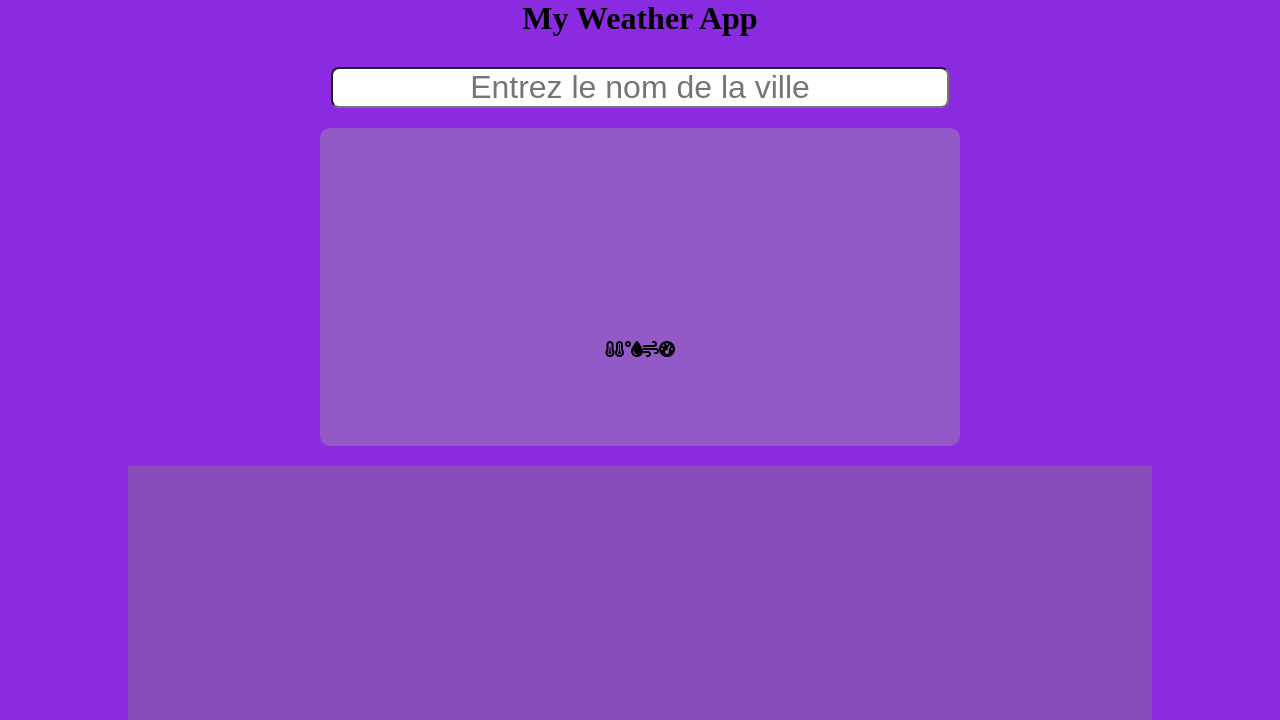
Repository: JeffnyAugustin/MyWeatherApp
Page: index.html
These files come from the project's save history. The page is drawn as it stood at one moment and after a run of saves; the edit follows.
The browser window is 1280 px wide. The pictures show the whole page.

Above is the page before, as saved 2023-11-14 19:22:25.
Console error: ReferenceError: jQuery is not defined

### index.html
<!DOCTYPE html>
<html lang="fr">

<head>
    <meta charset="UTF-8">
    <meta http-equiv="X-UA-Compatible" content="IE=edge">
    <meta name="viewport" content="width=device-width, initial-scale=1.0">
    <link rel="stylesheet" href="https://cdnjs.cloudflare.com/ajax/libs/font-awesome/6.4.0/css/all.min.css"
        integrity="sha512-iecdLmaskl7CVkqkXNQ/ZH/XLlvWZOJyj7Yy7tcenmpD1ypASozpmT/E0iPtmFIB46ZmdtAc9eNBvH0H/ZpiBw=="
        crossorigin="anonymous" referrerpolicy="no-referrer" />
     <!-- Ajoutez le script de Slick Carousel -->
     <script type="text/javascript" src="https://cdn.jsdelivr.net/npm/slick-carousel@1.8.1/slick/slick.min.js"></script>

    <link rel="stylesheet" href="/css/style.css">
    <title>My Weather App</title>
</head>

<body>



    <div id="container"></div>

    <script src="/js/script.js"></script>

    <script>
        // Initialisez le carrousel après avoir ajouté les prévisions
        $(document).ready(function(){
            $('.prevision').slick({
                // Les options de configuration du carrousel vont ici
                slidesToShow: 3,
                slidesToScroll: 1,
                autoplay: true,
                autoplaySpeed: 5000
            });
        });
    </script>
</body>

</html>

### css/style.css
* {
    padding : 0;
    margin: 0;
}

body {
    display: flex;
    justify-content: center;
    height: 100vh;
    width: 100vw;
    background-color: blueviolet;
}

#container {
    display: flex;
    flex-direction: column;
    align-items: center;
    justify-content: space-around;
    gap: 20px;

}

#searchBox {
    text-align: center;
    width: 60%;
    height: 40px;
    border-radius: 8px;
    margin-top: 10px;
    font-size: 2rem;
}


#allTogether {
    width: 50VW;
    height: 50VH;
    display: flex;
    flex-direction: column;
    justify-content: space-evenly;
    align-items: center;
    background-color: rgb(158 158 158 / 40%);
    border-radius: 10px;
}

div#meteoElement {
    display: flex;
    flex-direction: row;
    justify-content: space-around;
    flex-wrap: wrap;
}

div#cityElement {
    display: flex;
    flex-direction: row;
    gap: 10px;
    justify-content: center;
}

div#cityDescription {
    display: flex;
    flex-direction: column;
    gap: 20PX;
}

#prevision {
    background-color: rgb(134 126 126 / 41%);
    display: flex;
    flex-direction: row;
    height: 40vh;
    width: 80vw;
    justify-content: center;
    align-items: center;
    gap: 10px;
}

.day-forecast {
    display: flex;
    flex-direction: column;
    height: 20vh;
    width: 20vw;
}


p {
    font-size: 2rem;
    color: white;
}

p.cityName {
    text-align: center;
}

### js/script.js
// Clé D'api
const API_KEY = "b476218e49ef0d0755a713e9ba77f79a";
// Lien vers L'api finissant par une recherche
const API_URL = `https://api.openweathermap.org/data/2.5/forecast?appid=${API_KEY}&units=metric&lang=fr&q=`;


const divContain = document.getElementById("container");
divContain.id = "container";


const titleDiv = document.createElement("div");
titleDiv.className = "title";

// Création H1
const heading = document.createElement('h1');

// Set the text content of the h1 element
heading.textContent = 'My Weather App';



// Création barre de recherche
const inputSearch = document.createElement("input");
inputSearch.id = "searchBox";
inputSearch.type = "text";
inputSearch.placeholder = "Entrez le nom de la ville"; // Ajout du placeholder

// Création de div
const newDiv = document.createElement("div");
newDiv.id = "allTogether";

// Création de div
const forecastDiv = document.createElement("div");
forecastDiv.id = "prevision";




const infoCityDiv = document.createElement("div");
infoCityDiv.id = "cityDescription";


// Création de div oiuyr stocker img + description
const cityImgDiv = document.createElement("div");
cityImgDiv.id = "cityElement";

// Création de div pour afficher les informations météorologiques
const weather = document.createElement("div");
weather.id = "meteoElement";

// Création balise paragraphe pour collecter le nom de la ville
const cityName = document.createElement("p");
cityName.className = "cityName";

// Création de div pour afficher la température
const temperatureDiv = document.createElement("div");
temperatureDiv.className = "temperature-container";

// Création balise paragraphe
const temperature = document.createElement("p");
temperature.className = "temps";

// Création de div pour afficher le temps ressenti
const feelsLikeDiv = document.createElement("div");
feelsLikeDiv.className = "feels-like-container";

// Création balise paragraphe pour la sensation thermique
const feelsLike = document.createElement("p");
feelsLike.className = "feels-like";

// Création de div pour afficher l'humidité
const humidityDiv = document.createElement("div");
humidityDiv.className = "humidity-container";

// Création de balise paragraphe pour l'humidité
const humidity = document.createElement("p");
humidity.className = "humidity";

// Création de div pour afficher le vent
const windDiv = document.createElement("div");
windDiv.className = "wind-container";

// Création de balise wind
const DataWind = document.createElement("p");
DataWind.className = "wind";



// Création de div pour l'humidité
const pressureDiv = document.createElement("div");
pressureDiv.className = "pressure-container";

// Création de balise paragraphe pour la pression atmosphérique
const pressure = document.createElement("p");
pressure.className = "pressure";

// Création de div pour afficher la description
const descriptionDiv = document.createElement("div");
descriptionDiv.className = "description-container";

// Création de balise paragraphe pour la description
const description = document.createElement("p");
description.className = "description";



// Création balise image
const image = document.createElement("img");

// Création balise icône pour la température
const temperatureIcon = document.createElement("i");
temperatureIcon.className = "fas fa-thermometer-half";

// Création balise icône pour la sensation thermique
const feelsLikeIcon = document.createElement("i");
feelsLikeIcon.className = "fas fa-temperature-high";

// Création balise icône pour l'humidité
const humidityIcon = document.createElement("i");
humidityIcon.className = "fas fa-tint";

// Création balise icône pour le vent
const windIcon = document.createElement("i");
windIcon.className = "fas fa-wind";

// Création balise icône pour la pression
const pressureIcon = document.createElement("i");
pressureIcon.className = "fas fa-tachometer-alt";



temperatureDiv.append(temperatureIcon, temperature); // ajout de l'icône

feelsLikeDiv.append(feelsLikeIcon, feelsLike); // ajout de l'icône

humidityDiv.append(humidityIcon, humidity); // ajout de l'icône

windDiv.append(windIcon, DataWind); // ajout de l'icône

pressureDiv.append(pressureIcon, pressure)

descriptionDiv.appendChild( description); // ajout de l'icône




// Function to format the date and time
function formatDateTime() {
    const currentDate = new Date();
    const options = { weekday: 'long', year: 'numeric', month: 'long', day: 'numeric', hour: 'numeric', minute: 'numeric'};
    return currentDate.toLocaleDateString('fr-FR', options);
}

// Create a div to display the date and time
    const dateTimeDiv = document.createElement("div");
    dateTimeDiv.id = "dateTime";
    infoCityDiv.appendChild(dateTimeDiv);

function checkWeather(city) {
    fetch(API_URL + city)
        .then(res => {
            if (!res.ok) {
                throw new Error("La ville n'a pas été trouvée");
            }
            return res.json();
        })
        .then(data => {
            cityName.textContent = data.city.name;
            image.src = `http://openweathermap.org/img/w/${data.list[0].weather[0].icon}.png`;

            description.textContent = data.list[0].weather[0].description;
            temperature.innerHTML = ` Température :  ${Math.round(data.list[0].main.temp)}°C `;
            feelsLike.textContent = "Temps Ressenti : " + Math.round(data.list[0].main.feels_like) + "°C";
            humidity.textContent = "humidityIcon : " + data.list[0].main.humidity + "%";
            DataWind.textContent = "Vitesse du vent : " + Math.floor(data.list[0].wind.speed) + " Km/h";
            pressure.textContent = "Pression : " + data.list[0].main.pressure + " hPa";


             // Afficher les prévisions pour les 5 prochains jours
             for (let i = 0; i < data.list.length; i += 8) {
                const dayForecast = document.createElement("div");
                dayForecast.className = "day-forecast";

                const date = new Date(data.list[i].dt * 1000);
                const dayName = new Intl.DateTimeFormat('fr-FR', { weekday: 'long' }).format(date);

                const dayNameElement = document.createElement("p");
                dayNameElement.textContent = dayName;

                const iconElement = document.createElement("img");
                iconElement.src = `http://openweathermap.org/img/w/${data.list[i].weather[0].icon}.png`;

                const descriptionElement = document.createElement("p");
                descriptionElement.textContent = data.list[i].weather[0].description;

                const temperatureElement = document.createElement("p");
                temperatureElement.textContent = `Température : ${Math.round(data.list[i].main.temp)}°C`;

                dayForecast.append(dayNameElement, iconElement, descriptionElement, temperatureElement);
                forecastDiv.appendChild(dayForecast);
             }

               // Display the date and time
               dateTimeDiv.textContent = "Date du jour : " + formatDateTime();

        })
        .catch(error => {
            console.error("Erreur de requête :", error.message);
            // Ajoutez ici un traitement pour informer l'utilisateur de l'erreur
        });
}

inputSearch.addEventListener("change", () => {
    checkWeather(inputSearch.value);
});


weather.append(temperatureDiv, feelsLikeDiv, humidityDiv, windDiv, pressureDiv); // ajout des éléments Weather
newDiv.append(infoCityDiv, weather); // ajout du conteneur Weather à newDiv
infoCityDiv.append(cityName, cityImgDiv)
cityImgDiv.append(image, descriptionDiv)
titleDiv.appendChild(heading)
divContain.append(titleDiv, inputSearch, newDiv, forecastDiv); // ajout de tous les éléments à divContain
document.body.appendChild(divContain);



// Mise à jour des informations météorologiques toutes les 5 minutes
setInterval(function () {
    // Ici, mettre à jour les informations de la météo à l'aide de l'API ou d'autres sources
    // Vous pouvez appeler la fonction checkWeather avec la dernière ville recherchée
    checkWeather(inputSearch.value);
}, 5 * 60 * 1000);

After the next 6 saves:
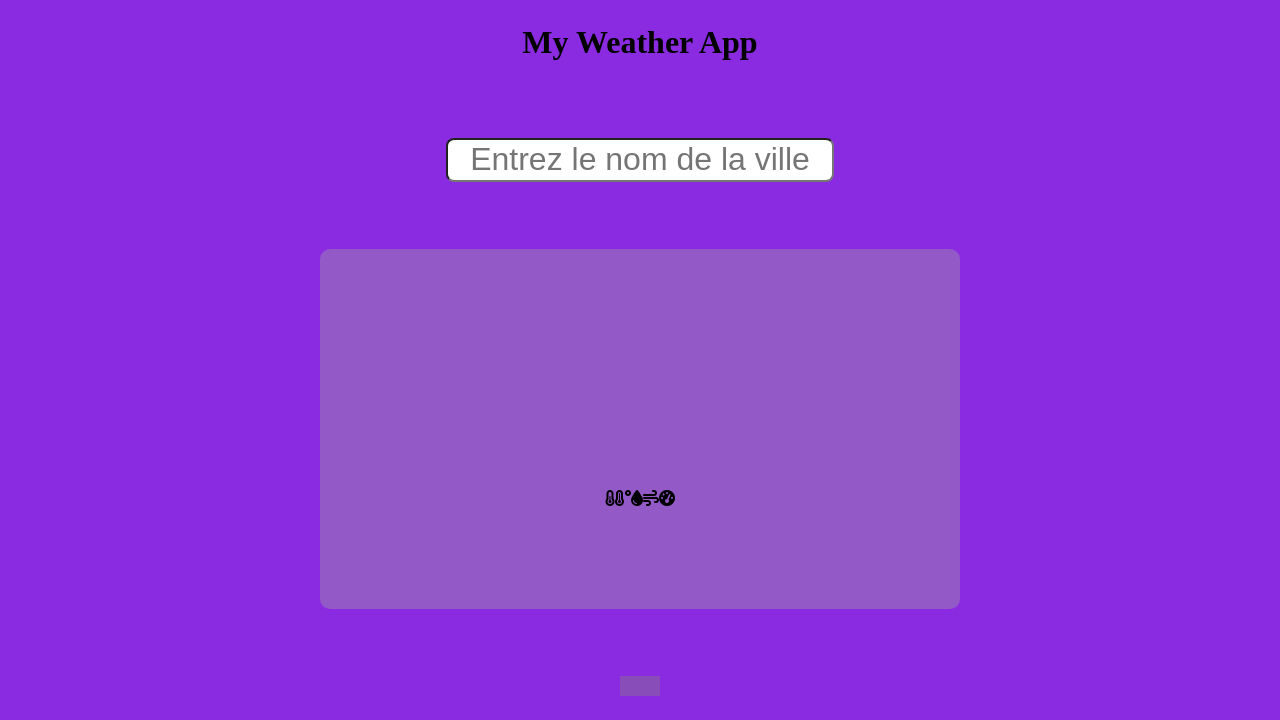
The 6 saves are shown as one change because they came seconds apart.
The last was saved 54 s later.
--- a/css/style.css
+++ b/css/style.css
@@ -65,8 +65,8 @@ div#cityDescription {
     background-color: rgb(134 126 126 / 41%);
     display: flex;
     flex-direction: row;
-    height: 40vh;
-    width: 80vw;
+    height: 20px;
+    width: 40px;
     justify-content: center;
     align-items: center;
     gap: 10px;
